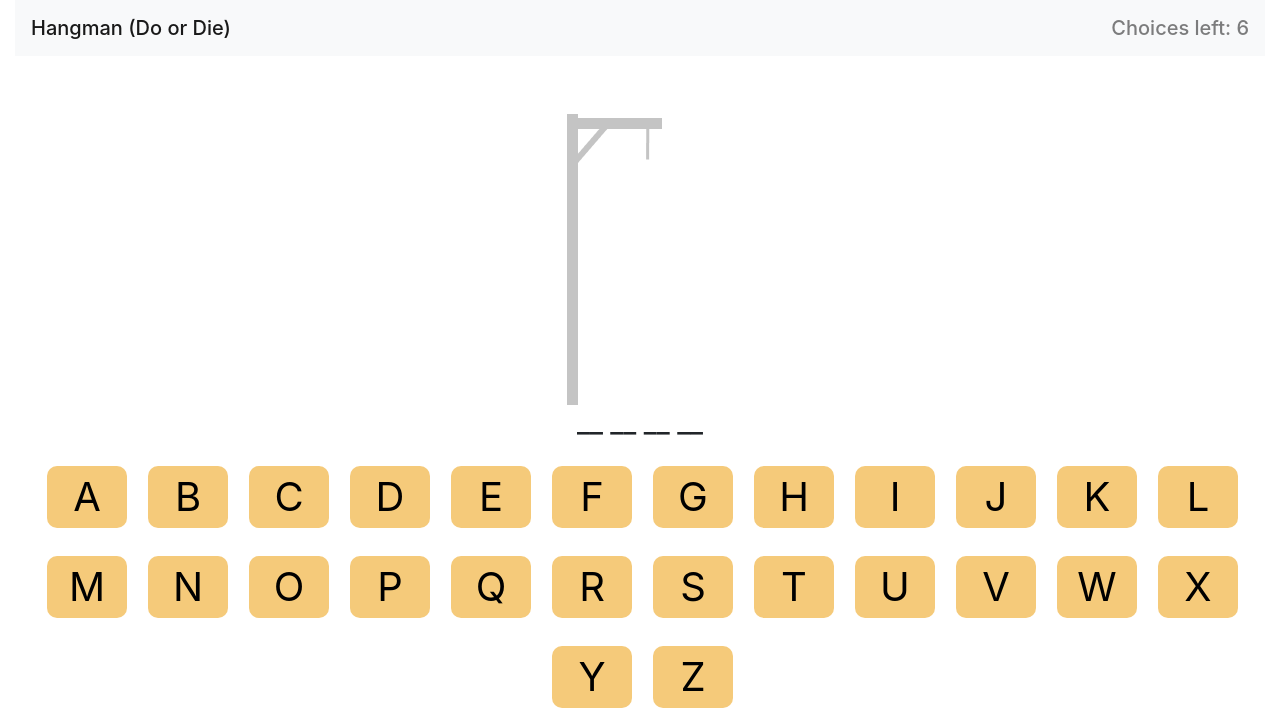
Repository: jatinhchanchlani/hangman
Page: /
An editor plug-in stored every save of this project. The page is shown before and after the next save, followed by the edit.
The browser window is 1280 px wide. The pictures show the whole page.
The project was rebuilt for these pictures with package versions that can differ from the ones it lists, and the page was loaded fresh each time. Also part of the build but not shown: src/App.css, src/components/playAgain.jsx.

Above is the page before, as saved 2020-10-25 21:06:17.

### src/index.js
import React from 'react';
import ReactDOM from 'react-dom';
import './index.css';
import App from './App';
import * as serviceWorker from './serviceWorker';
import 'bootstrap/dist/css/bootstrap.css';

ReactDOM.render( <
  React.StrictMode >
  <
  App / >
  <
  /React.StrictMode>,
  document.getElementById('root')
);

// If you want your app to work offline and load faster, you can change
// unregister() to register() below. Note this comes with some pitfalls.
// Learn more about service workers: https://bit.ly/CRA-PWA
serviceWorker.unregister();

### src/App.js
import React from 'react';
import './App.css';
import Game from './components/game';

function App() {
  return ( <
    Game / >
  );
}

export default App;

### src/components/game.jsx
import React, { Component } from "react";
import Header from "./header";
import PlayAgain from "./playAgain";
import { getOutputCharacters } from "../model/cities";
import OutputCharacters from "./outputCharacters";
import Hangman from "./image";
import InputCharacters from "./inputCharacters";

const MAX_CHOICES = 6;

class Game extends Component {
  state = {
    maxChoices: MAX_CHOICES,
    choicesLeft: MAX_CHOICES,
    outputCharacters: getOutputCharacters(),
    inputCharacters: this.getAllLetters(),
  };

  render() {
    return (
      <div className="container-fluid">
        <Header choicesLeft={this.state.choicesLeft} />

        <div className="text-center">
          <Hangman
            choicesLeft={this.state.choicesLeft}
            maxChoices={this.state.maxChoices}
          />
        </div>

        <div className="text-center">
          <OutputCharacters
            characters={this.state.outputCharacters}
            gameLost={this.gameLost()}
          />
        </div>

        <div className="text-center">
          <InputCharacters
            characters={this.state.inputCharacters}
            onClick={(character) => this.handleInputCharacterClicked(character)}
            gameWon={this.gameWon()}
            gameLost={this.gameLost()}
          />

          <PlayAgain
            gameWon={this.gameWon()}
            gameLost={this.gameLost()}
            onClick={() => this.handleReset()}
          />
        </div>
      </div>
    );
  }

  handleInputCharacterClicked(character) {
    if (character.canClick) {
      const { outputCharacters, inputCharacters, choicesLeft } = this.state;
      outputCharacters
        .filter((c) => c.value.toUpperCase() === character.value)
        .map((c) => (c.guessed = true));

      const letterMatch = outputCharacters.some(
        (c) => c.value.toUpperCase() === character.value
      );

      const choices = letterMatch ? choicesLeft : choicesLeft - 1;

      const l = inputCharacters.indexOf(character);
      inputCharacters[l].canClick = false;
      this.setState({
        choicesLeft: choices,
        inputCharacters: inputCharacters,
        outputCharacters: outputCharacters,
      });
    }
  }

  gameWon() {
    return this.state.outputCharacters.every((c) => c.guessed === true);
  }

  gameLost() {
    return this.state.choicesLeft === 0;
  }

  handleReset() {
    this.setState({
      maxChoices: MAX_CHOICES,
      choicesLeft: MAX_CHOICES,
      outputCharacters: getOutputCharacters(),
      inputCharacters: this.getAllLetters(),
    });
  }

  getAllLetters() {
    return Array(26)
      .fill()
      .map((_, index) => String.fromCharCode("A".charCodeAt(0) + index))
      .map((char) => ({ value: char, canClick: true }));
  }
}

export default Game;

### src/components/header.jsx
import React, { Component } from "react";

class Header extends Component {
  render() {
    return (
      <nav className="navbar navbar-light bg-light d-flex flex-column flex-sm-row">
        <span className="navbar-brand mb-0 h1">Hangman (Do or Die)</span>
        <span className="mb-0 h5 navbar-text nav-item">
          Choices left: {this.props.choicesLeft}
        </span>
      </nav>
    );
  }
}

export default Header;

### src/model/cities.js
const MIN = 0;
const MAX = 24;

const cities = {
    0: "Mumbai",
    1: "New Delhi",
    2: "Chennai",
    3: "Hyderabad",
    4: "Bengaluru",
    5: "Ahmedabad",
    6: "Jaipur",
    7: "Kolkata",
    8: "Lucknow",
    9: "Bhopal",
    10: "Chandigarh",
    11: "Patna",
    12: "Jabalpur",
    13: "Pune",
    14: "Surat",
    15: "Indore",
    16: "Kanpur",
    17: "Visakhapatnam",
    18: "Agra",
    19: "Varanasi",
    20: "Amritsar",
    21: "Udaipur",
    22: "Noida",
    23: "Ludhiana",
    24: "Gwalior",
}

// Returns a random number between min and max. Min and max are both inclusive
export function getRandomIntInclusive(min, max) {
    min = Math.ceil(min);
    max = Math.floor(max);
    return Math.floor(Math.random() * (max - min + 1) + min);
}

export function getOutputCharacters() {
    const city = cities[getRandomIntInclusive(MIN, MAX)];
    return [...city].map(c => ({
        value: c,
        guessed: false
    }));
}

### src/components/outputCharacters.jsx
import React, { Component } from "react";

class OutputCharacters extends Component {
  render() {
    const { characters, gameLost } = this.props;
    console.log(characters);
    return (
      <React.Fragment>
        <h3>{characters.map((c) => this.getCharacter(c, gameLost))}</h3>
      </React.Fragment>
    );
  }

  getCharacter(character, gameLost) {
    const emptySpace = "        ";
    if (character.value === " ") {
      return emptySpace;
    } else {
      if (character.guessed || gameLost) {
        return character.value.toUpperCase() + emptySpace;
      } else {
        return "__" + emptySpace;
      }
    }
  }
}

export default OutputCharacters;

### src/components/image.jsx
import React, { Component } from "react";

class Image extends Component {
  render() {
    const { choicesLeft, maxChoices } = this.props;
    const imagePath = maxChoices - choicesLeft + ".jpg";
    return <img src={require("../images/" + imagePath)} alt={imagePath} />;
  }
}

export default Image;

### src/components/inputCharacters.jsx
import React, { Component } from "react";
import "../css/letters.css";

class InputCharacters extends Component {
  render() {
    const { characters, gameWon, gameLost } = this.props;
    console.log(gameWon);
    if (gameWon || gameLost) {
      return null;
    } else {
      return characters.map((character) => (
        <button
          key={character.value}
          className="letter-button"
          style={{ backgroundColor: this.getBackground(character) }}
          onClick={() => this.props.onClick(character)}
        >
          {character.value}
        </button>
      ));
    }
  }

  getBackground(character) {
    if (character.canClick) {
      return "#f5ca7a";
    } else {
      return "Red";
    }
  }
}

export default InputCharacters;

### src/css/letters.css
.letter-button {
    border: none;
    font-family: inherit;
    font-size: 2.5rem;
    cursor: pointer;
    width: 5rem;
    margin: 18px 8px 10px 13px;
    letter-spacing: 0;
    outline: none !important;
    color: #000;
    border-radius: 10px;
}

.letter-button:hover {
    box-shadow: 0 12px 16px 0 rgba(0, 0, 0, 0.24), 0 17px 50px 0 rgba(0, 0, 0, 0.19);
}

Loaded but not shown: public/index.html (common file); src/index.css (common file); src/serviceWorker.js (common file)

After the next save:
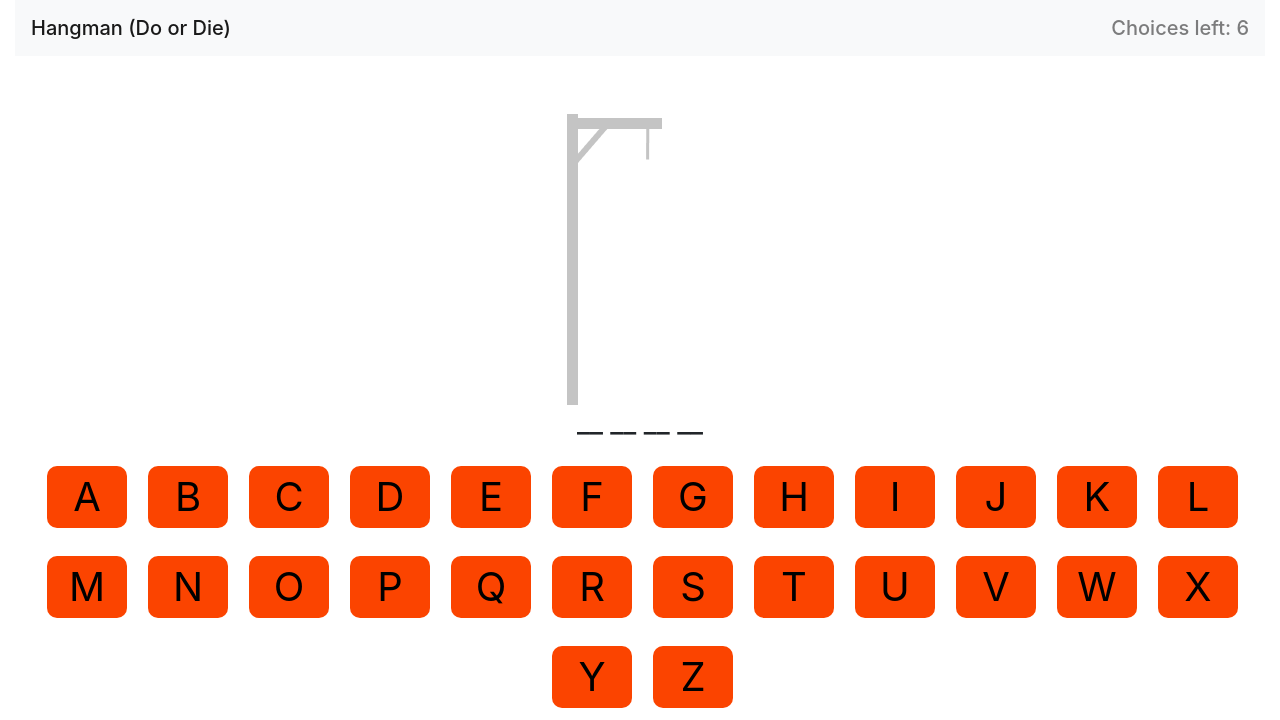
Saved 83 s later.
--- a/src/components/inputCharacters.jsx
+++ b/src/components/inputCharacters.jsx
@@ -23,7 +23,7 @@
 
   getBackground(character) {
     if (character.canClick) {
-      return "#f5ca7a";
+      return "#fb4400";
     } else {
       return "Red";
     }

After the save that followed:
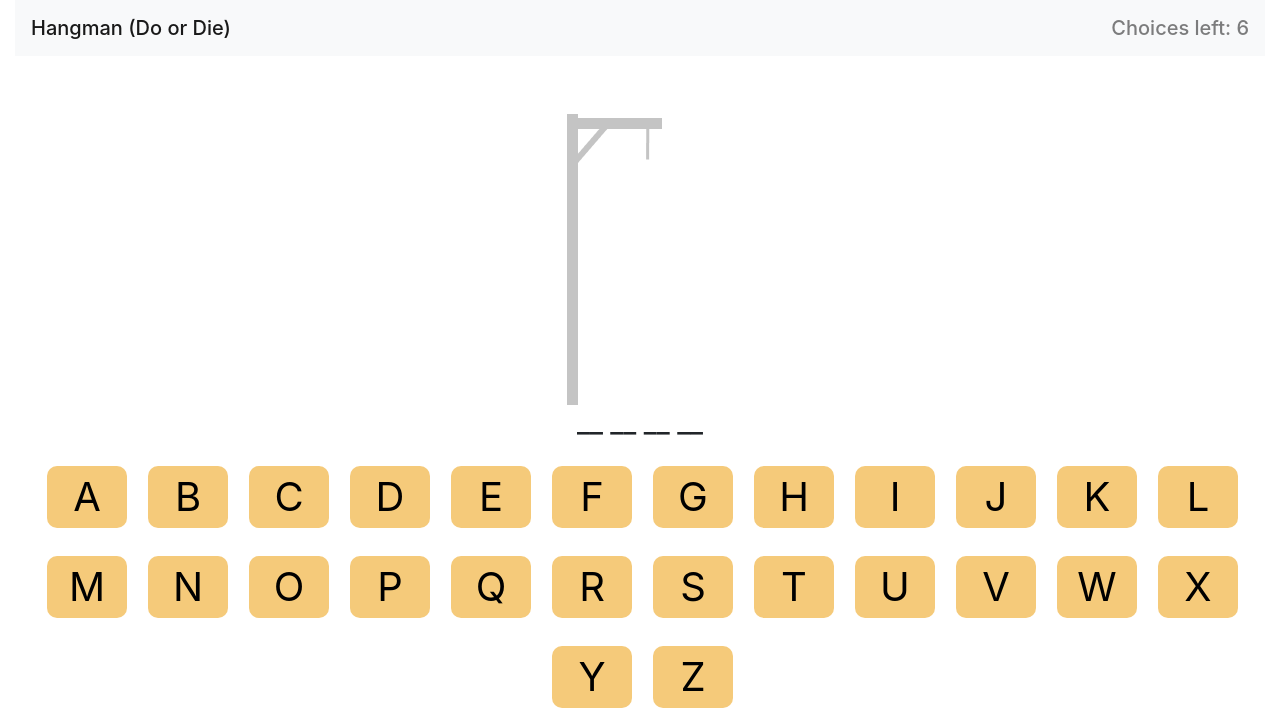
Saved 10 s later.
--- a/src/components/inputCharacters.jsx
+++ b/src/components/inputCharacters.jsx
@@ -23,7 +23,7 @@
 
   getBackground(character) {
     if (character.canClick) {
-      return "#fb4400";
+      return "#f5ca7a";
     } else {
       return "Red";
     }
